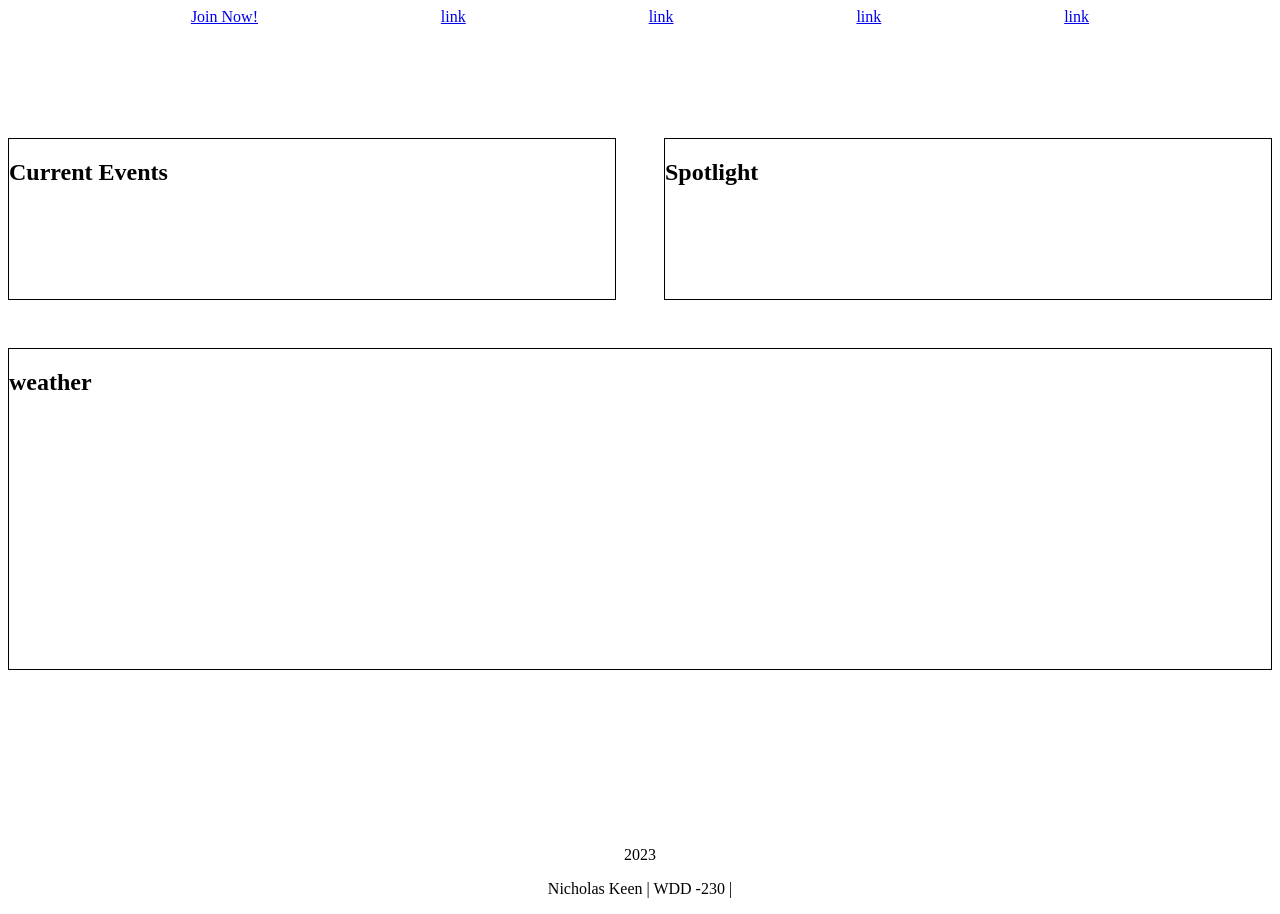
Repository: nak97/WDD230
Page: lesson03/chamber.html
The author's editor kept a copy of each file at every save. The page is drawn from the files as they stood at one save, then again after the next save.
The browser window is 1280 px wide. The pictures show the whole page.
Some web fonts or font styles are not loaded; a fallback is used.

Above is the page before, as saved 2023-10-07 20:04:30.

After the next save:
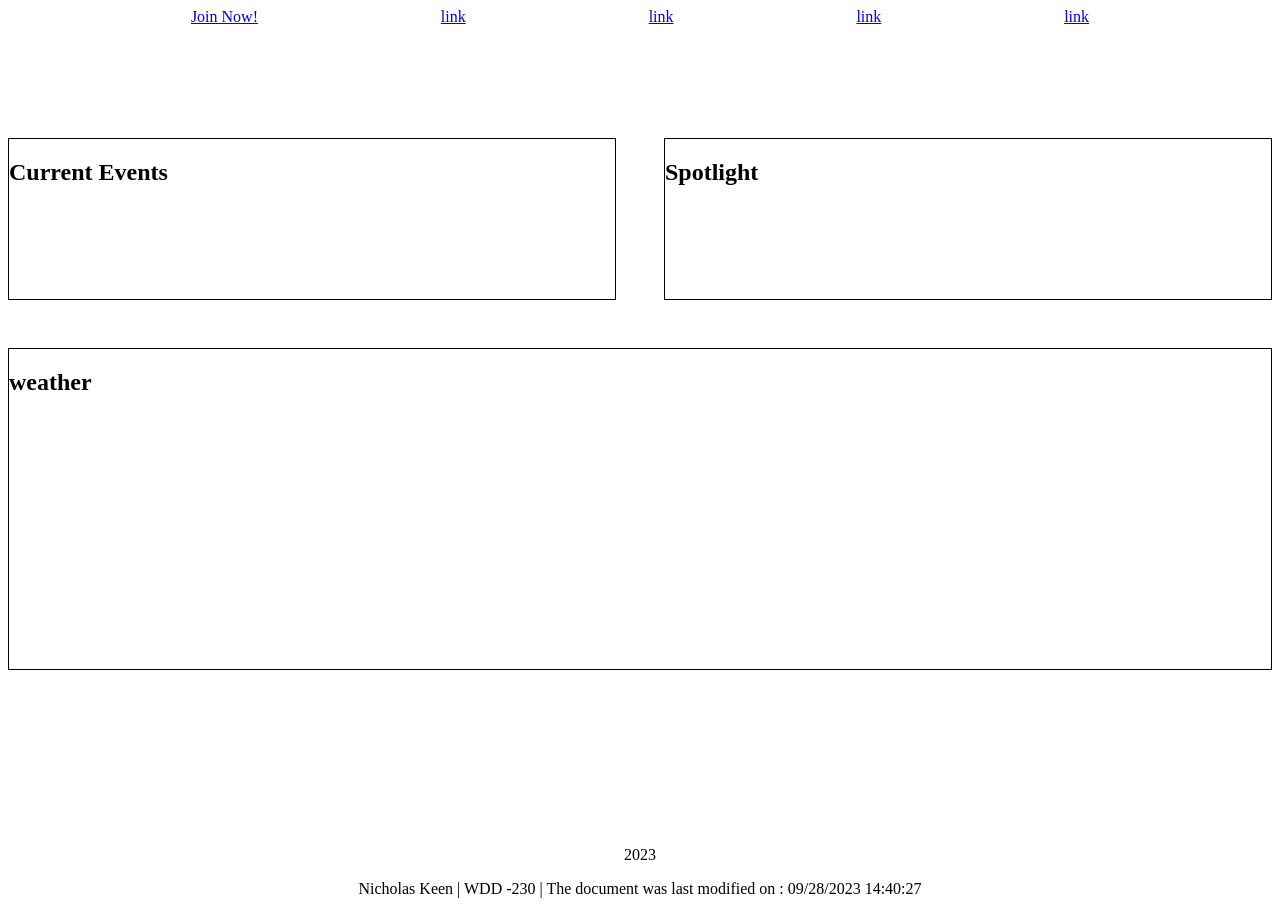
Saved 76 s later.
--- a/lesson03/chamber.html
+++ b/lesson03/chamber.html
@@ -57,6 +57,7 @@
   <p> <i class="fa-sharp fa-light fa-copyright"></i>2023 </p>
   <p> Nicholas Keen |  WDD -230 | <span id="lastModified"></span> </p>
   </footer>
+<script src="/lesson03/scripts/getdates.js"></script>
+</body>
 
-</body>
 </html>
